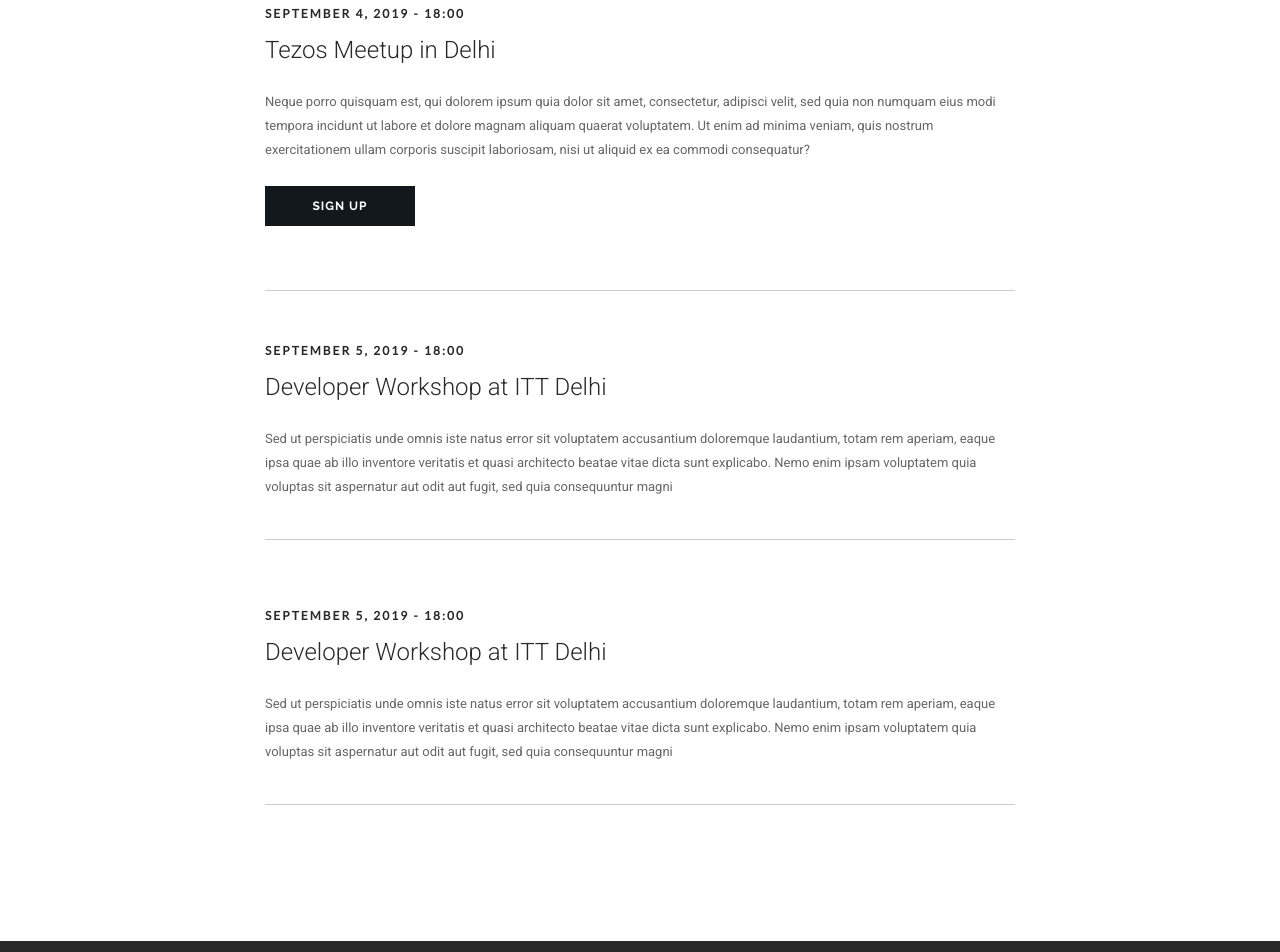
Repository: Tezos-India-Foundation/TIF-Website
Page: Tezos India Website/page.html
The author's editor kept a copy of each file at every save. The page is drawn from the files as they stood at one save, then again after the next save.
The browser window is 1280 px wide. The pictures show the part of the page from y = 1971 to 2923 px (the page is 4061 px tall before and 4021 px after).
A picture or video elsewhere on the page could not be fetched, so the positions and the page height are approximate.

Above is the page before, as saved 2019-08-13 03:56:40.

After the next save:
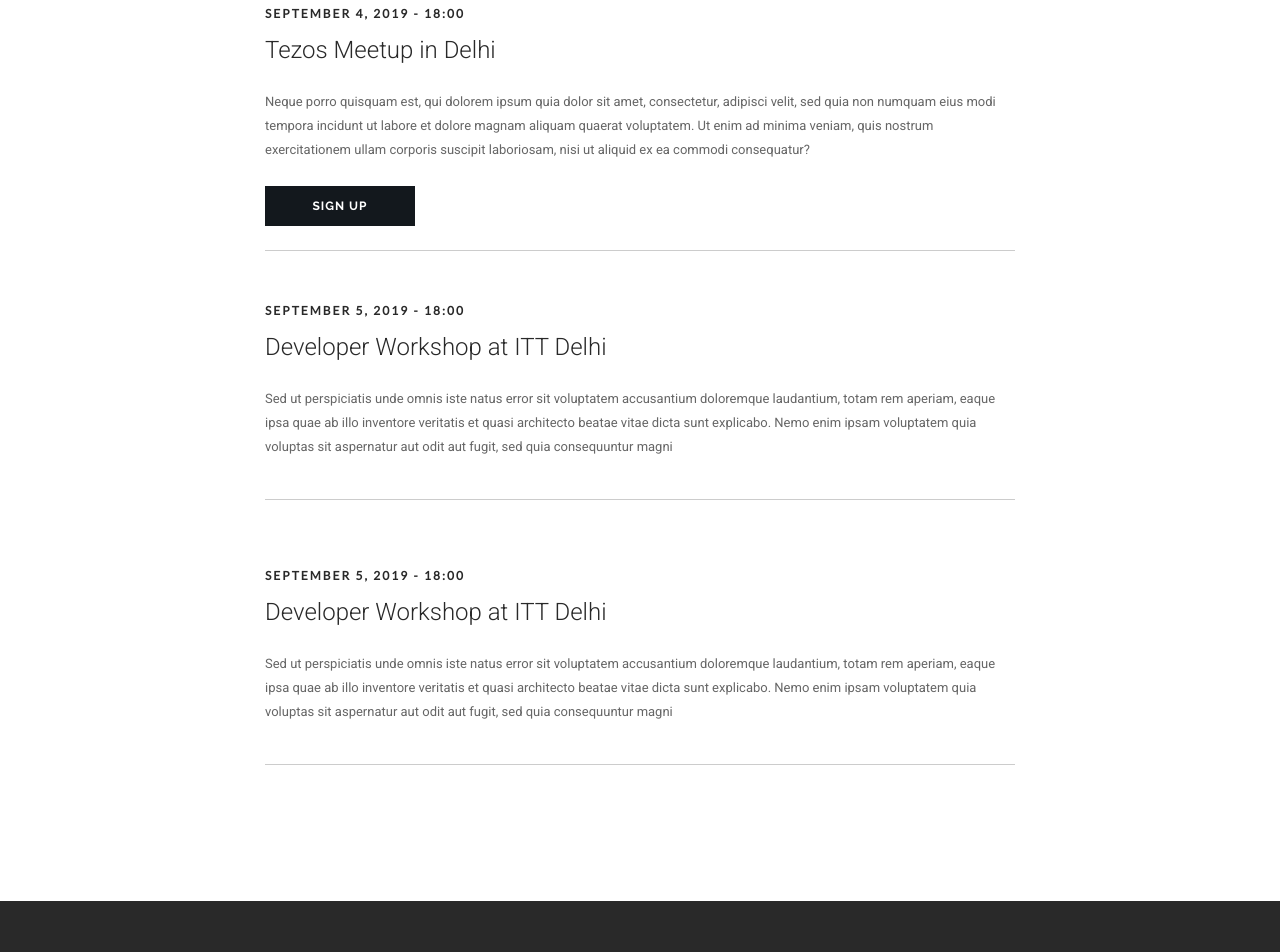
Saved 7 s later.
--- a/Tezos India Website/page.html
+++ b/Tezos India Website/page.html
@@ -213,7 +213,7 @@
 											</p>
 
 											<a class="mt20 btn btn-filled" target="_blank" href="https://berndoostrum.typeform.com/to/sGThtu">Sign Up</a>
-											<hr class="mt40 mb20 mt-xs-0 mb-xs-24">
+											<hr class="mt20 mb20 mt-xs-0 mb-xs-24">
 										</div>
 										<div>
 											<div class="overflow-hidden">

After the 4 saves that followed:
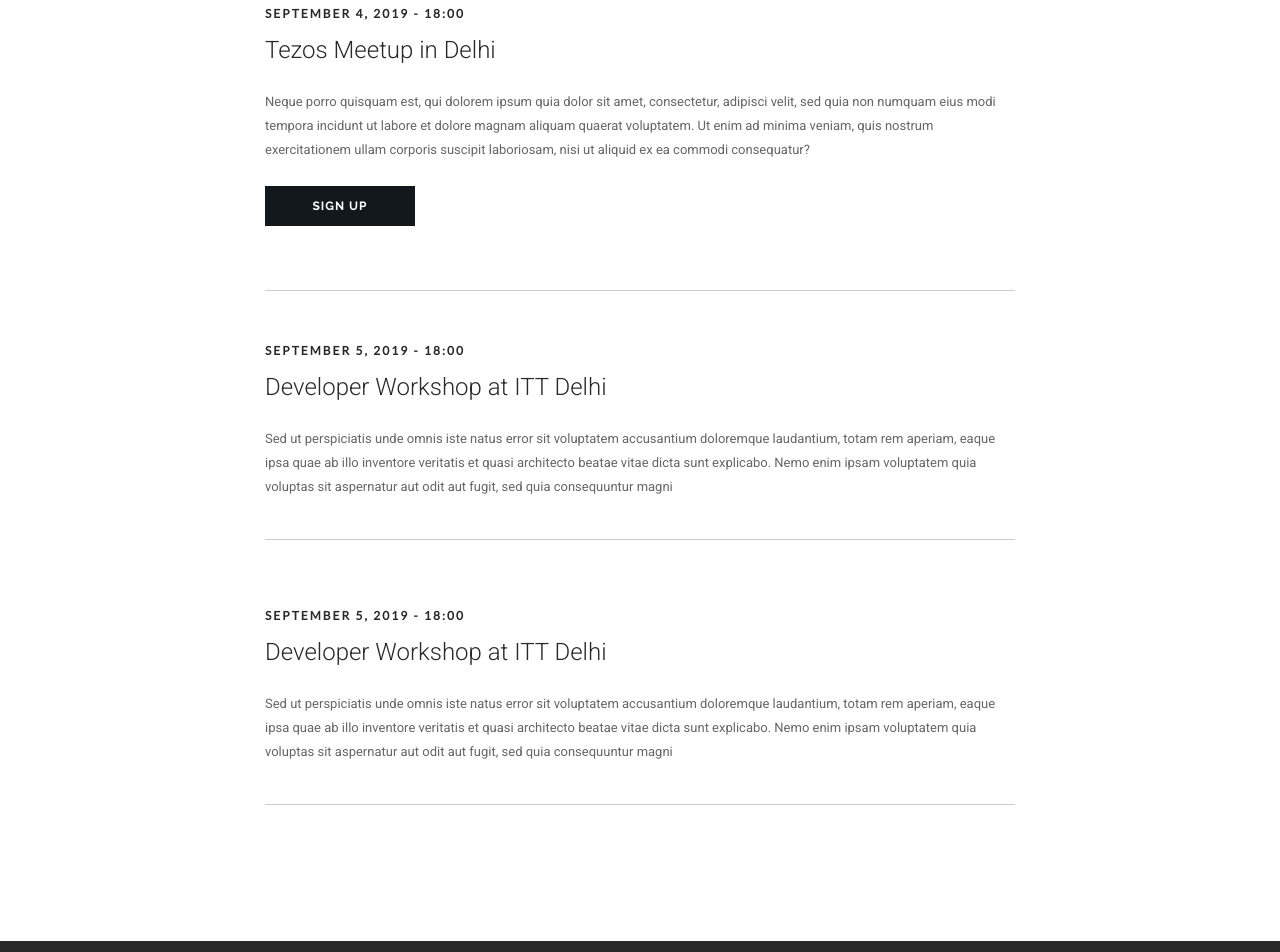
The 4 saves are shown as one change because 3 left the picture as it was.
The last was saved 43 s later.
--- a/Tezos India Website/page.html
+++ b/Tezos India Website/page.html
@@ -212,8 +212,8 @@
 												laboriosam, nisi ut aliquid ex ea commodi consequatur?
 											</p>
 
-											<a class="mt20 btn btn-filled" target="_blank" href="https://berndoostrum.typeform.com/to/sGThtu">Sign Up</a>
-											<hr class="mt20 mb20 mt-xs-0 mb-xs-24">
+											<a class="mt20 mb20 btn btn-filled" target="_blank" href="https://berndoostrum.typeform.com/to/sGThtu">Sign Up</a>
+											<hr class="mt40 mb20 mt-xs-0 mb-xs-24">
 										</div>
 										<div>
 											<div class="overflow-hidden">
